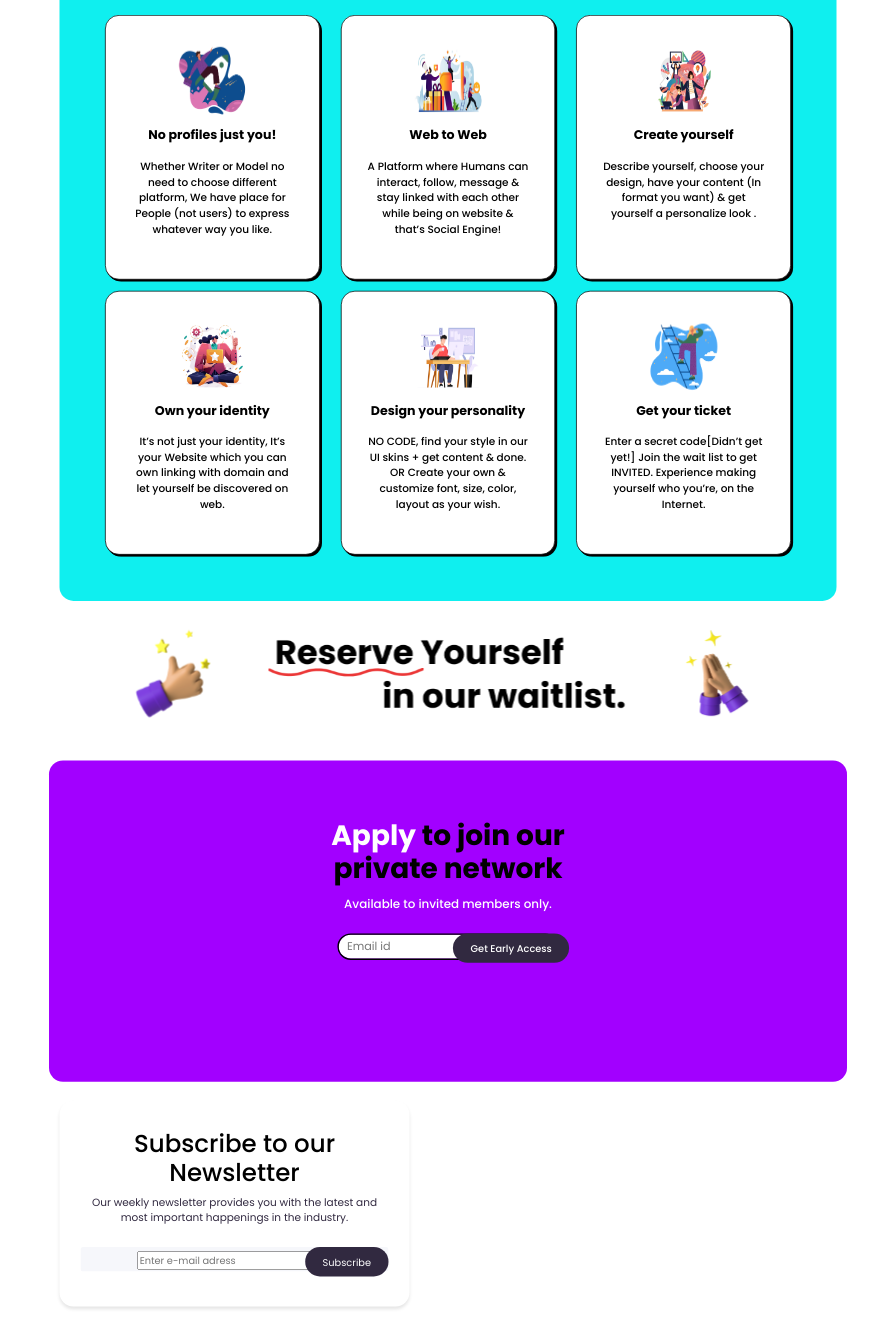
Repository: itsmesikandar/swavy.in.github.io
Page: index.html
The author's editor kept a copy of each file at every save. The page is drawn from the files as they stood at one save, then again after the next save.
The browser window is 1280 px wide. The pictures show the part of the page from y = 3719 to 5639 px (the page is 5639 px tall), at 70% of full size.

Above is the page before, as saved 2023-02-24 19:34:16.
Console error: TypeError: Cannot read properties of undefined (reading 'fn')

After the next save:
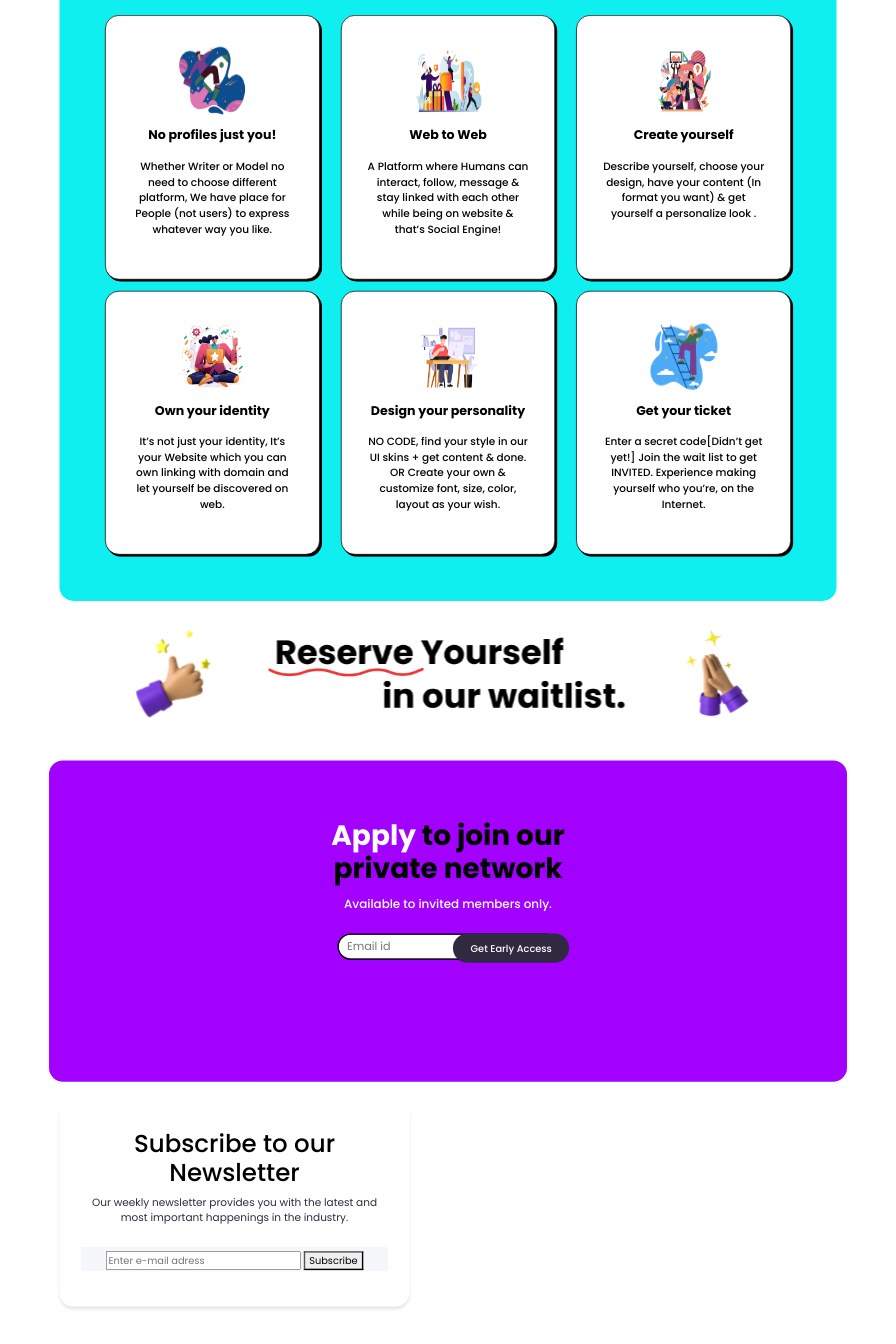
Saved 11 s later.
--- a/index.html
+++ b/index.html
@@ -320,8 +320,8 @@
               <h2>Subscribe to our Newsletter</h2>
               <p>Our weekly newsletter provides you with the latest and most important happenings in the industry.</p>
               <div class="form-control">
-                <input type="text" class="inputt" placeholder="Enter e-mail adress" />
-                <button class="btn">Subscribe</button>
+                <input type="text" class="inputto" placeholder="Enter e-mail adress" />
+                <button class="btnto">Subscribe</button>
               </div>
             </div>
           </div>
